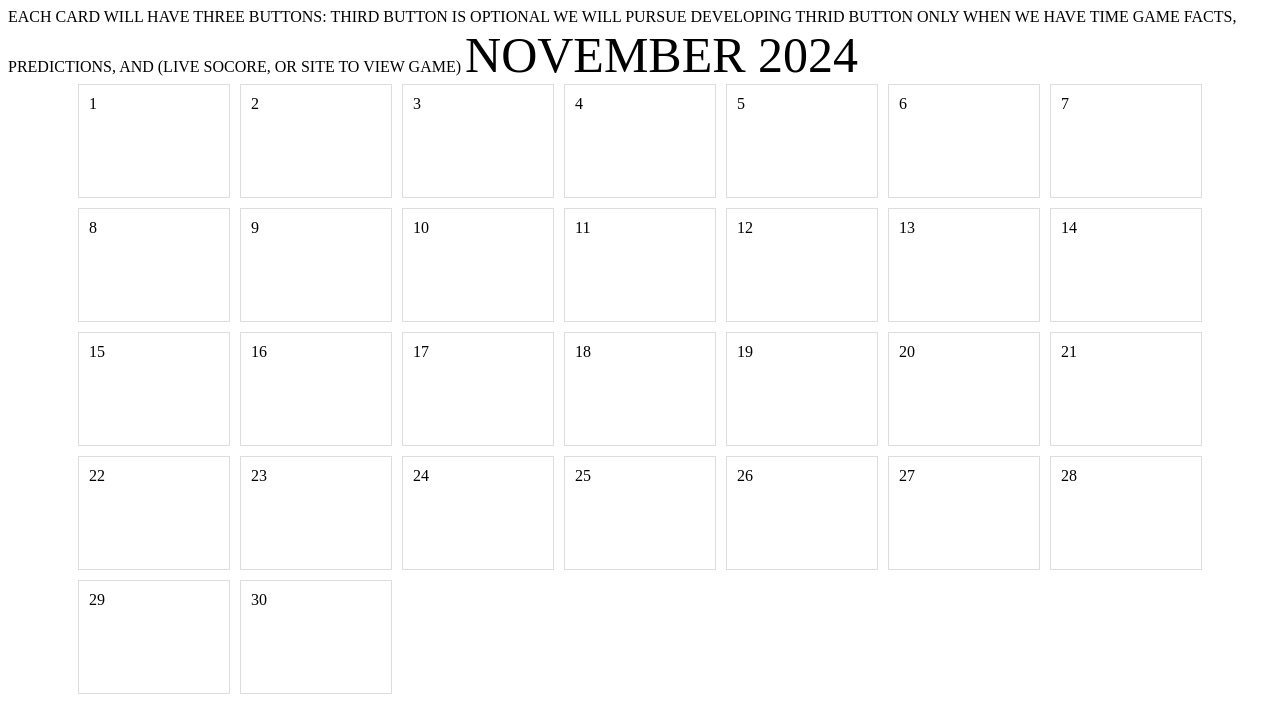
Repository: bredernd/Sports-Analytics
Page: http://localhost/CPS298_Nba/calendar
The author's editor kept a copy of each file at every save. The page is drawn from the files as they stood at one save, then again after the next save.
The browser window is 1280 px wide. The pictures show the whole page.
The page is served by Tomcat 9. Other server files are loaded and not shown.

Above is the page before, as saved 2024-11-06 19:06:50.

### NBAProj/CPS298_Nba/src/main/webapp/WEB-INF/Dispatcher-servlet.xml
<?xml version="1.0" encoding="UTF-8"?>
<beans xmlns="http://www.springframework.org/schema/beans"
	xmlns:xsi="http://www.w3.org/2001/XMLSchema-instance"
	xmlns:context="http://www.springframework.org/schema/context"
	xmlns:mvc="http://www.springframework.org/schema/mvc"
	xmlns:tx="http://www.springframework.org/schema/tx"
	xsi:schemaLocation="http://www.springframework.org/schema/mvc http://www.springframework.org/schema/mvc/spring-mvc-4.3.xsd
		http://www.springframework.org/schema/beans http://www.springframework.org/schema/beans/spring-beans.xsd
		http://www.springframework.org/schema/context http://www.springframework.org/schema/context/spring-context-4.3.xsd
		http://www.springframework.org/schema/tx http://www.springframework.org/schema/tx/spring-tx-4.3.xsd">


	<context:component-scan
		base-package="com.cps298.nba">
	</context:component-scan>
	<mvc:annotation-driven></mvc:annotation-driven>
	<mvc:resources mapping="/resources/**" location="/resources/"></mvc:resources>
	<bean id="viewResolver"
		class="org.springframework.web.servlet.view.InternalResourceViewResolver">
	<property name="prefix" value="/WEB-INF/Views/"></property>
	<property name="suffix" value=".jsp"></property>
	</bean>

<!-- 	<bean id="myDataSource" -->
<!-- 		class="com.mchange.v2.c3p0.ComboPooledDataSource"> -->
<!-- 	<property name="driverClass" value="com.mysql.cj.jdbc.Driver"></property> -->
<!-- 	<property name="user" value="hbstudent"></property> -->
<!-- 	<property name="password" value="hbstudent"></property> -->
<!-- 	<property name="jdbcUrl" -->
<!-- 		value="jdbc:mysql://localhost:3306/movies?useSSL=false"> -->
<!-- 	</property> -->
<!-- 	<property name="minPoolSize" value="5"></property> -->
<!-- 	<property name="maxPoolSize" value="30"></property> -->
<!-- 	<property name="maxIdleTime" value="30000"></property> -->
<!-- 	</bean> -->
<!-- 	<bean id="sessionFactory" -->
<!-- 		class="org.springframework.orm.hibernate5.LocalSessionFactoryBean"> -->
<!-- 	<property name="dataSource" ref="myDataSource"></property> -->
<!-- 	<property name="packagesToScan" -->
<!-- 		value="com.cps298.nba.entity"> -->
<!-- 	</property> -->
<!-- 	<property name="hibernateProperties"> -->
<!-- 	<props> -->
<!-- 	<prop key="hibernate.dialect">org.hibernate.dialect.MySQLDialect</prop> -->
<!-- 	<prop key="hibernate.show_sql">true</prop> -->
<!-- 	</props> -->
<!-- 	</property> -->
<!-- 	</bean> -->
<!-- 	<bean id="myTransactionalManager" -->
<!-- 		class="org.springframework.orm.hibernate5.HibernateTransactionManager"> -->
<!-- 	<property name="sessionFactory" ref="sessionFactory"></property> -->
<!-- 	</bean> -->
<!-- 	<tx:annotation-driven transaction-manager="myTransactionalManager" /> -->
</beans>

### NBAProj/CPS298_Nba/src/main/webapp/WEB-INF/Views/calendar.jsp
<%@ page language="java" contentType="text/html; charset=ISO-8859-1"
    pageEncoding="ISO-8859-1"%>
<!DOCTYPE html>
<html>
<head>
<meta charset="ISO-8859-1">
<title>Calendar</title>

<style>
	.container {
	display: flex;
    justify-content: center;
    align-items: center;
	}

	.calendar {
	display: grid;
	grid-template-columns: repeat(7, 1fr);
	gap: 10px;
	width: fit-content;
	height: fit-content;
	}

    .day {
    border: 1px solid #ddd;
    padding: 10px;
    width: 130px;
    height: 92px;
    }

    .calTitle{
    font-size: 50px;
    width: fit-content;
    height: fit-content;
    }
</style>
</head>
<body>


EACH CARD WILL HAVE THREE BUTTONS: THIRD BUTTON IS OPTIONAL
WE WILL PURSUE DEVELOPING THRID BUTTON ONLY WHEN WE HAVE TIME
GAME FACTS, PREDICTIONS, AND (LIVE SOCORE, OR SITE TO VIEW GAME)

	<label for="calCont" class="calTitle">${month} ${year}</label>
	<div class="container" value="calCont">
    	<div class="calendar">
        	${calendarHtml}
    	</div>
    </div>


</body>
</html>

### NBAProj/CPS298_Nba/src/main/java/com/cps298/nba/controller/MainController.java
package com.cps298.nba.controller;

import java.time.LocalDate;

import org.springframework.beans.factory.annotation.Autowired;
import org.springframework.stereotype.Controller;
import org.springframework.ui.Model;
import org.springframework.web.bind.annotation.RequestMapping;

import com.cps298.nba.service.CalendarService;

@Controller
public class MainController {

    @Autowired
    private CalendarService calendarService;

	@RequestMapping("/")
	public String home() {
		return "home";
	}

	@RequestMapping("/calendar")
	public String calendar(Model model) {
        LocalDate now = LocalDate.now();
        int year = now.getYear();
        int month = now.getMonthValue();

        // Use the service to generate the HTML
        String calendarHtml = calendarService.generateCalendarHtml(year, month);

        model.addAttribute("calendarHtml", calendarHtml);
        model.addAttribute("month", now.getMonth());
        model.addAttribute("year", year);

		return "calendar";
	}

	@RequestMapping("/news")
	public String news() {
		return "news";
	}

	@RequestMapping("/gameFacts")
	public String gameFacts() {
		return "gameFacts";
	}

	@RequestMapping("/predictions")
	public String predictions() {
		return "predictions";
	}
}

### NBAProj/CPS298_Nba/src/main/java/com/cps298/nba/service/CalendarService.java
package com.cps298.nba.service;

import java.time.LocalDate;
import java.time.YearMonth;

import org.springframework.stereotype.Service;

@Service
public class CalendarService {

    public String generateCalendarHtml(int year, int month) {
        StringBuilder calendarHtml = new StringBuilder();
        YearMonth yearMonth = YearMonth.of(year, month);

        for (int day = 1; day <= yearMonth.lengthOfMonth(); day++) {
            calendarHtml.append("<div class='day'>").append(day).append("</div>");
        }

        return calendarHtml.toString();
    }

}

After the next save:
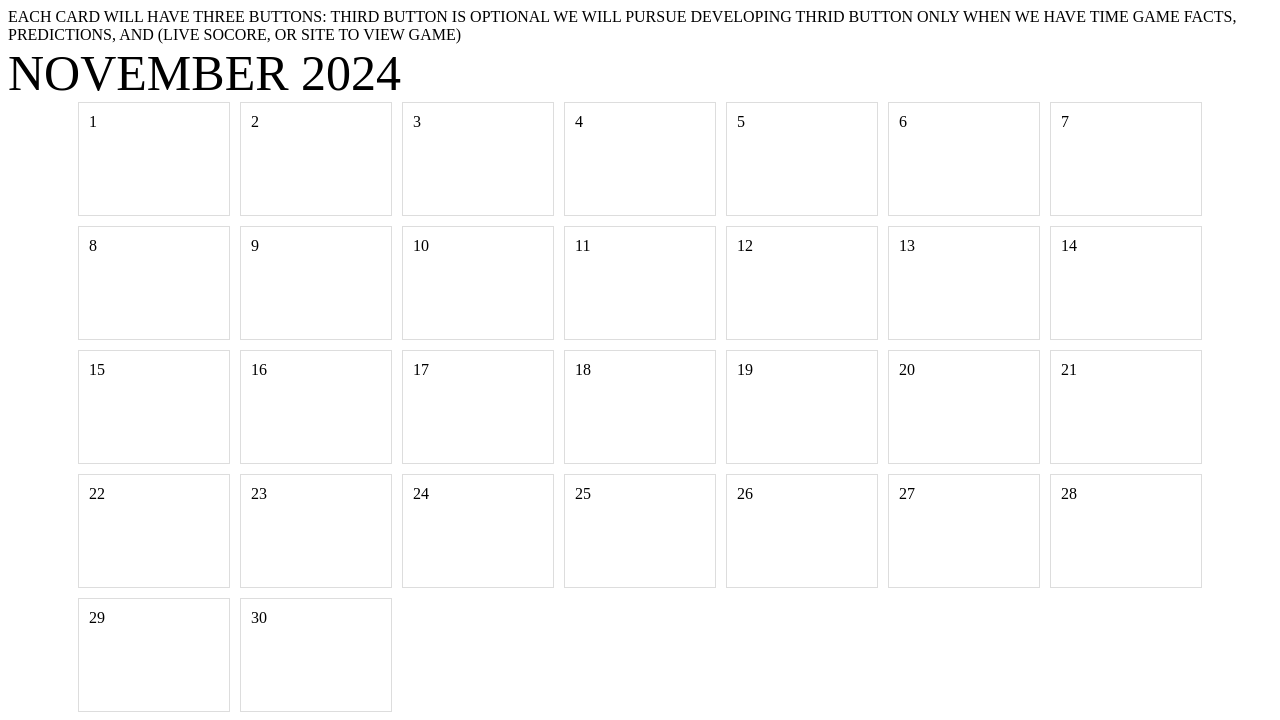
Saved 67 s later.
--- a/NBAProj/CPS298_Nba/src/main/webapp/WEB-INF/Views/calendar.jsp
+++ b/NBAProj/CPS298_Nba/src/main/webapp/WEB-INF/Views/calendar.jsp
@@ -29,8 +29,9 @@
     }
 
     .calTitle{
+    align-text: center;
     font-size: 50px;
-    width: fit-content;
+    width: 100%;
     height: fit-content;
     }
 </style>
@@ -40,7 +41,7 @@
 
 EACH CARD WILL HAVE THREE BUTTONS: THIRD BUTTON IS OPTIONAL
 WE WILL PURSUE DEVELOPING THRID BUTTON ONLY WHEN WE HAVE TIME
-GAME FACTS, PREDICTIONS, AND (LIVE SOCORE, OR SITE TO VIEW GAME)
+GAME FACTS, PREDICTIONS, AND (LIVE SOCORE, OR SITE TO VIEW GAME)<br>
 
 	<label for="calCont" class="calTitle">${month} ${year}</label>
 	<div class="container" value="calCont">
